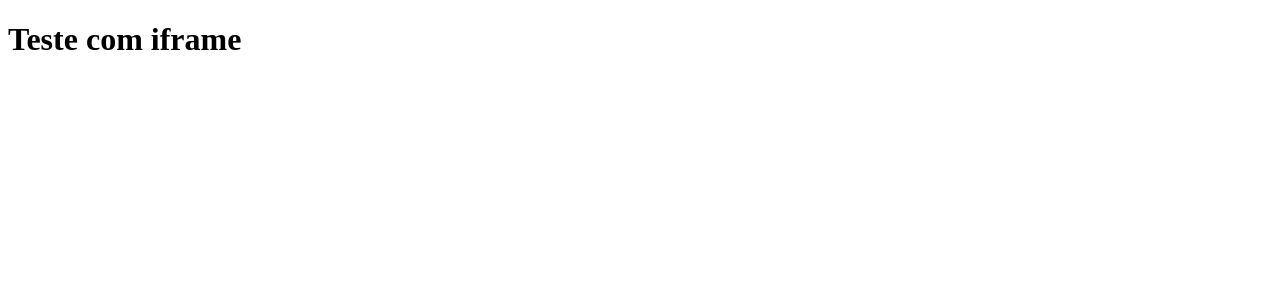
Repository: Leonngc/html-css
Page: ex024/iframe002.html
An editor plug-in stored every save of this project. The page is shown before and after a run of saves, followed by the edit.
The browser window is 1280 px wide. The pictures show the whole page.

Above is the page before, as saved 2022-11-15 18:15:25.

### ex024/iframe002.html
<!DOCTYPE html>
<html lang="pt-br">
<head>
    <meta charset="UTF-8">
    <meta http-equiv="X-UA-Compatible" content="IE=edge">
    <meta name="viewport" content="width=device-width, initial-scale=1.0">
    <title>Iframe</title>
</head>
<body>
    <h1>Teste com iframe</h1>
</body>
</html>

After the next 3 saves:
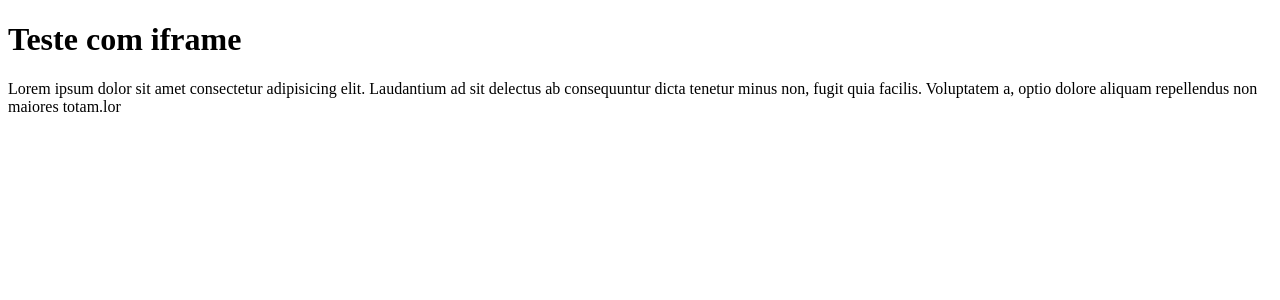
The 3 saves are shown as one change because they came seconds apart.
The last was saved 8 s later.
--- a/ex024/iframe002.html
+++ b/ex024/iframe002.html
@@ -8,5 +8,6 @@
 </head>
 <body>
     <h1>Teste com iframe</h1>
+    <p>Lorem ipsum dolor sit amet consectetur adipisicing elit. Laudantium ad sit delectus ab consequuntur dicta tenetur minus non, fugit quia facilis. Voluptatem a, optio dolore aliquam repellendus non maiores totam.lor</p>
 </body>
 </html>
